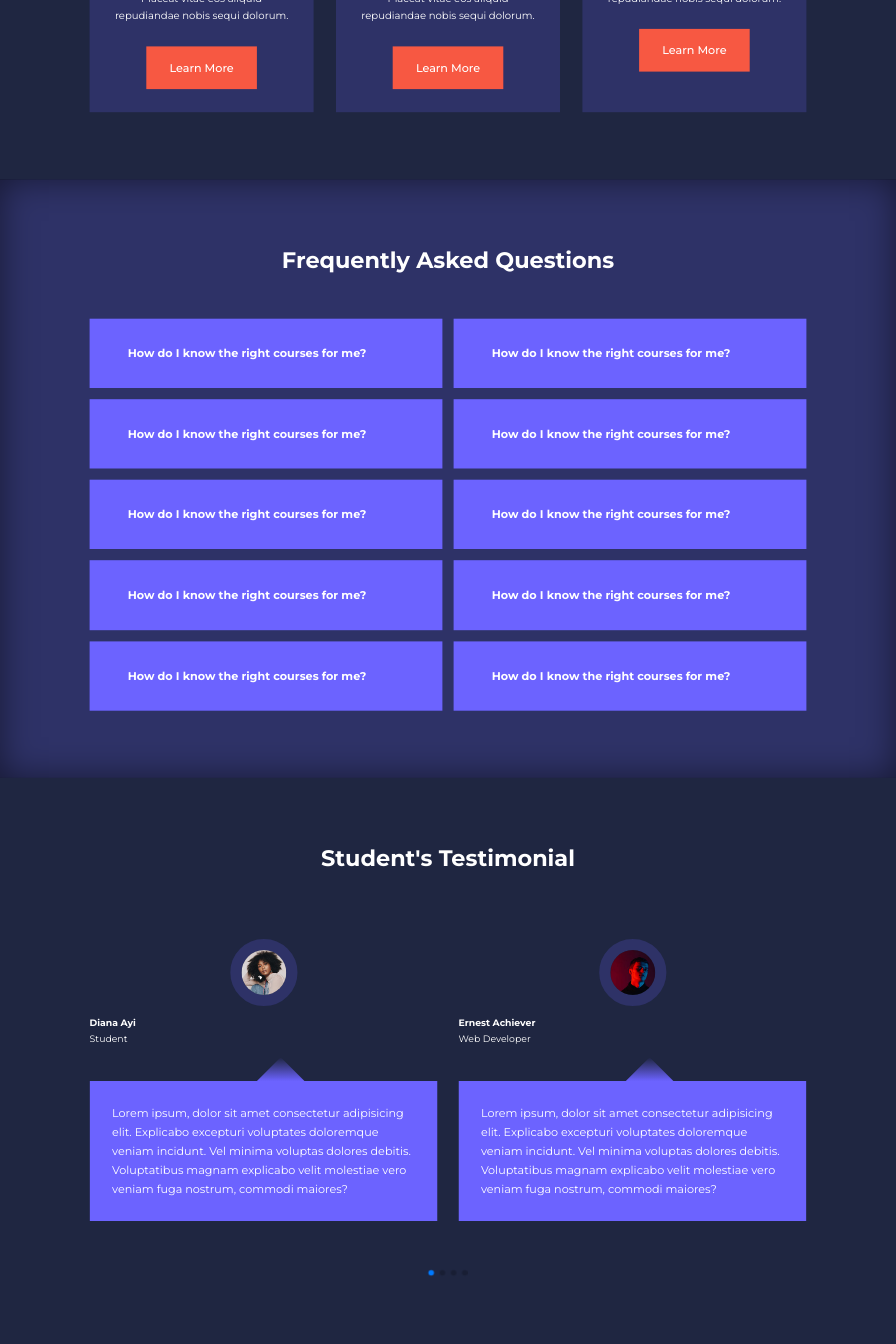
Repository: QUANGTHAI2003/education-web
Page: index.html
An editor plug-in stored every save of this project. The page is shown before and after the next save, followed by the edit.
The browser window is 1280 px wide. The pictures show the part of the page from y = 1776 to 3696 px (the page is 3696 px tall before and 3642 px after), at 70% of full size.
Some icons come from a web library that is not loaded, so they are not drawn.

Above is the page before, as saved 2022-03-11 23:56:41.

After the next save:
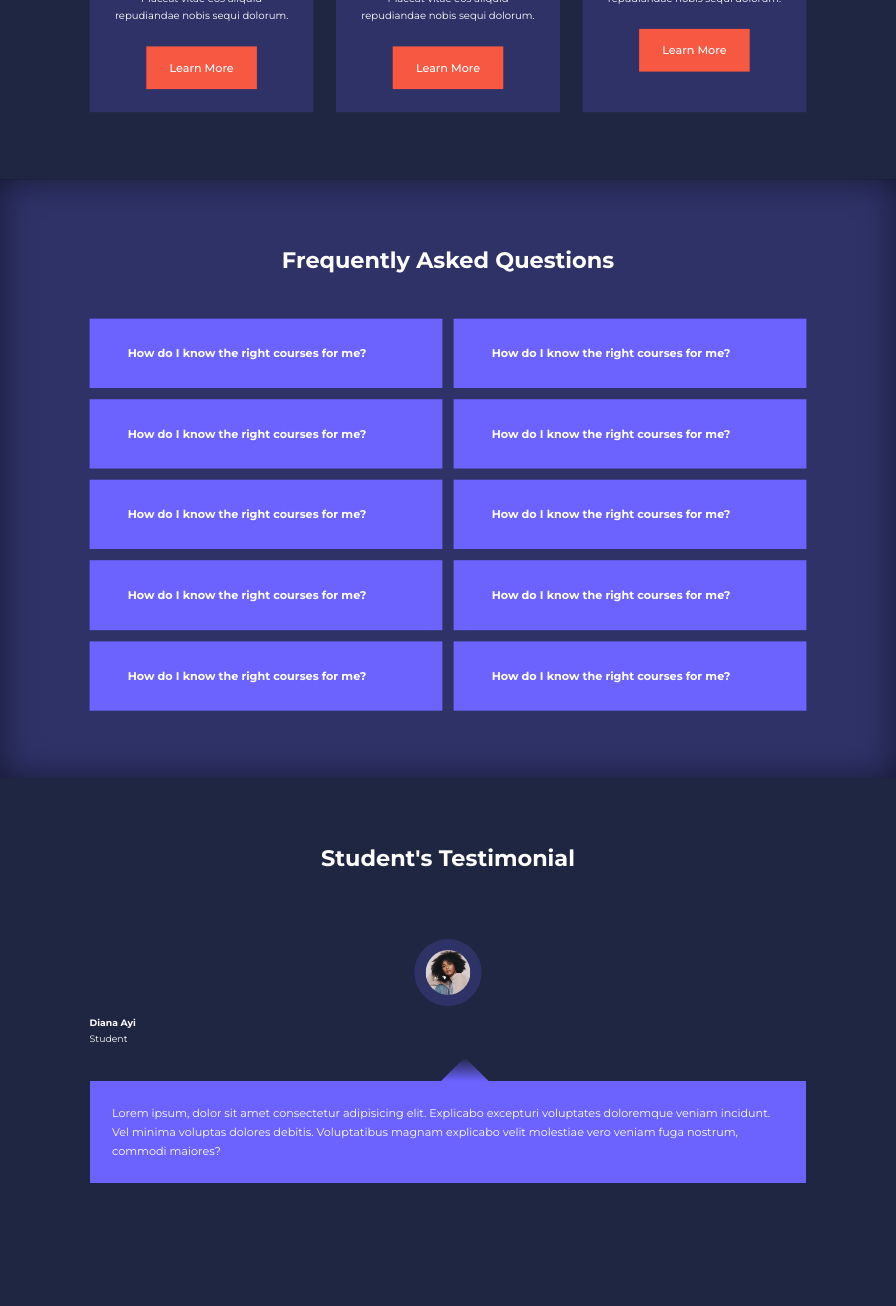
Saved 8 min 34 s later.
--- a/index.html
+++ b/index.html
@@ -403,7 +403,7 @@
         </section>
         <script src="https://unpkg.com/swiper@8/swiper-bundle.min.js"></script>
         <script src="./app.js"></script>
-        <script>
+        <!-- <script>
             var swiper = new Swiper('.mySwiper', {
                 slidesPerView: 1,
                 spaceBetween: 30,
@@ -418,6 +418,6 @@
                     },
                 },
             });
-        </script>
+        </script> -->
     </body>
 </html>

After the save that followed:
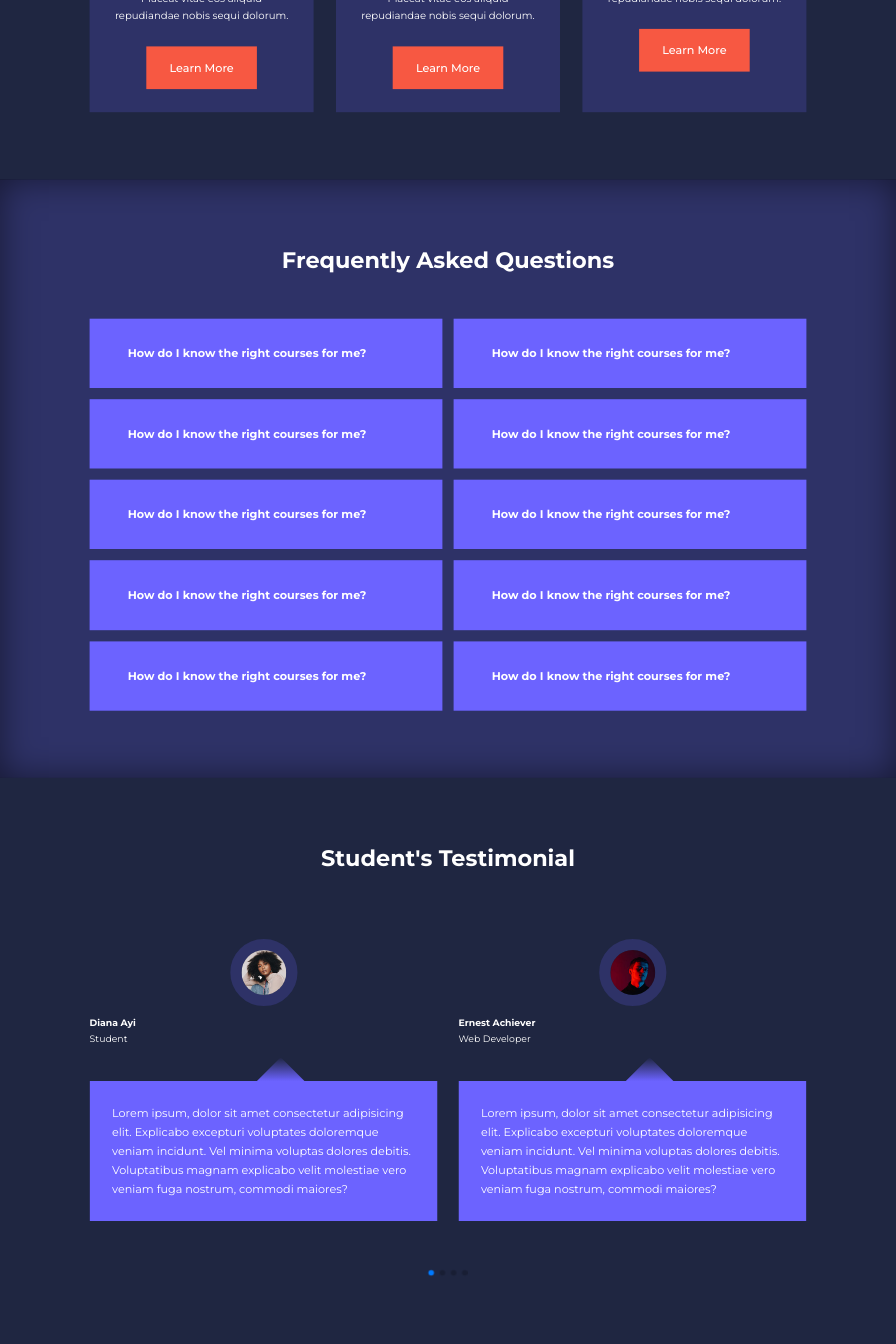
Saved 1 s later.
--- a/app.js
+++ b/app.js
@@ -21,3 +21,18 @@ faqs.forEach(faq => {
     });
 
 })
+
+var swiper = new Swiper('.mySwiper', {
+    slidesPerView: 1,
+    spaceBetween: 30,
+    pagination: {
+        el: '.swiper-pagination',
+        clickable: true,
+    },
+    //when window width >=600px
+    breakpoints: {
+        600: {
+            slidesPerView: 2,
+        },
+    },
+});
